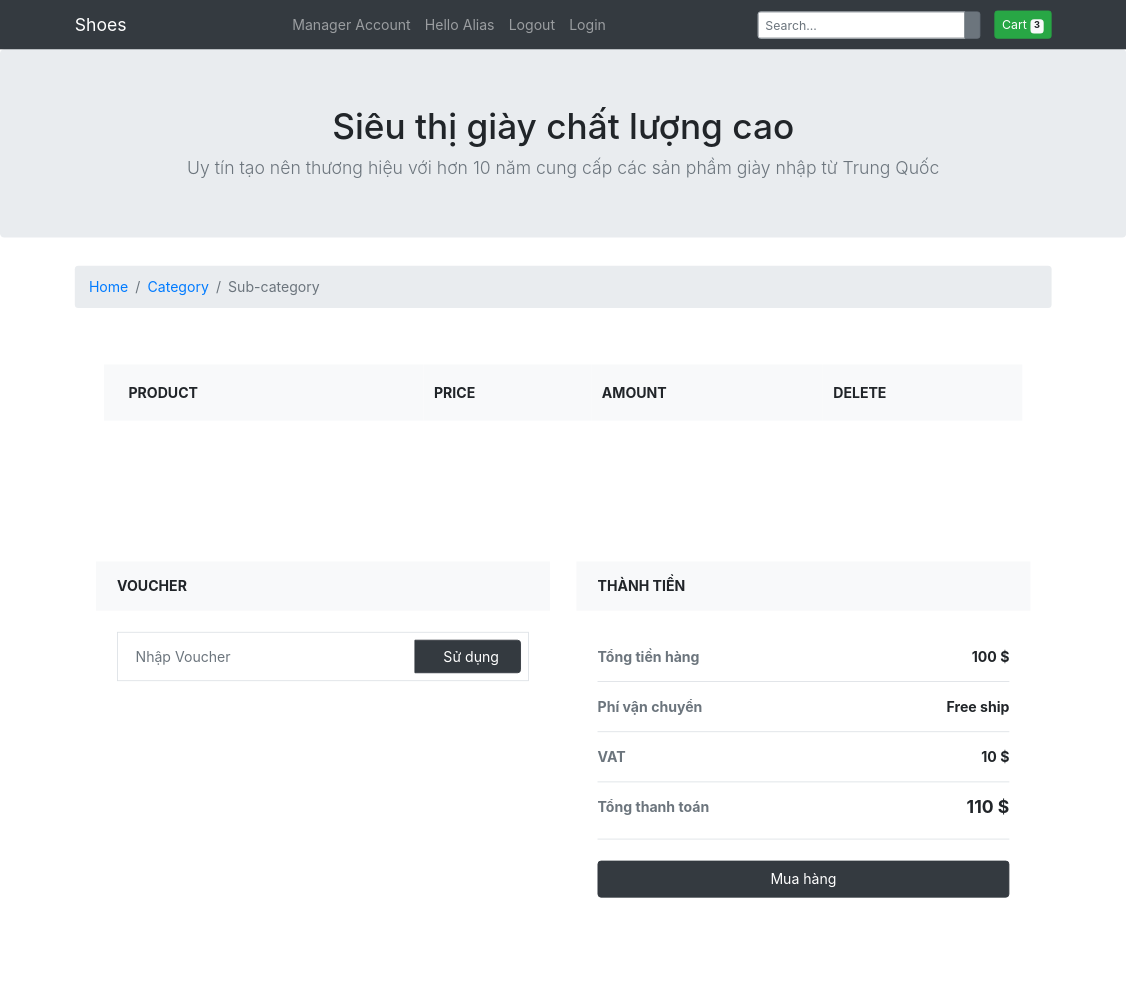
Repository: tvu67development/web-shop-ban-dien-thoai
Page: http://localhost/Project_3_trungvqfx14135/cart
An editor plug-in stored every save of this project. The page is shown before and after the next save, followed by the edit.
The browser window is 1280 px wide. The pictures show the whole page, at 88% of full size.
Some web libraries are served in a nearby version. The page is served by Tomcat 9. Queries for data that is not in the repository find no rows.

Above is the page before, as saved 2022-07-11 01:34:54.

After the next save:
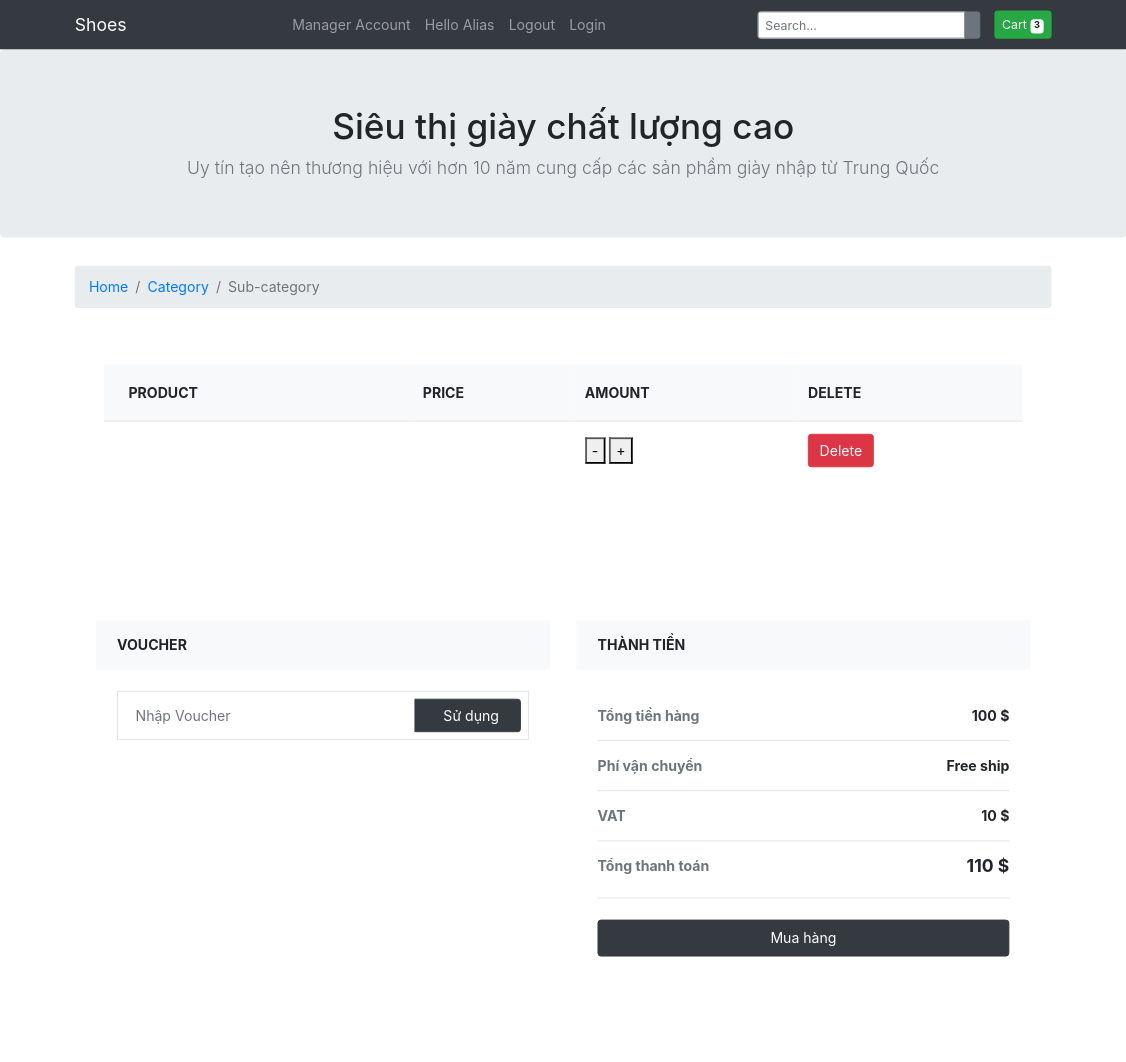
Saved 7 min 24 s later.
--- a/ASM3/Project_3_trungvqfx14135/src/main/webapp/Cart.jsp
+++ b/ASM3/Project_3_trungvqfx14135/src/main/webapp/Cart.jsp
@@ -19,6 +19,7 @@
 	<%
 	Cart c = (Cart) session.getAttribute("cart");
 	List<Product> listP = c.getItems();
+	pageContext.setAttribute("listP", listP);
 	%>
 	<jsp:include page="Menu.jsp"></jsp:include>
 	<div class="container">
